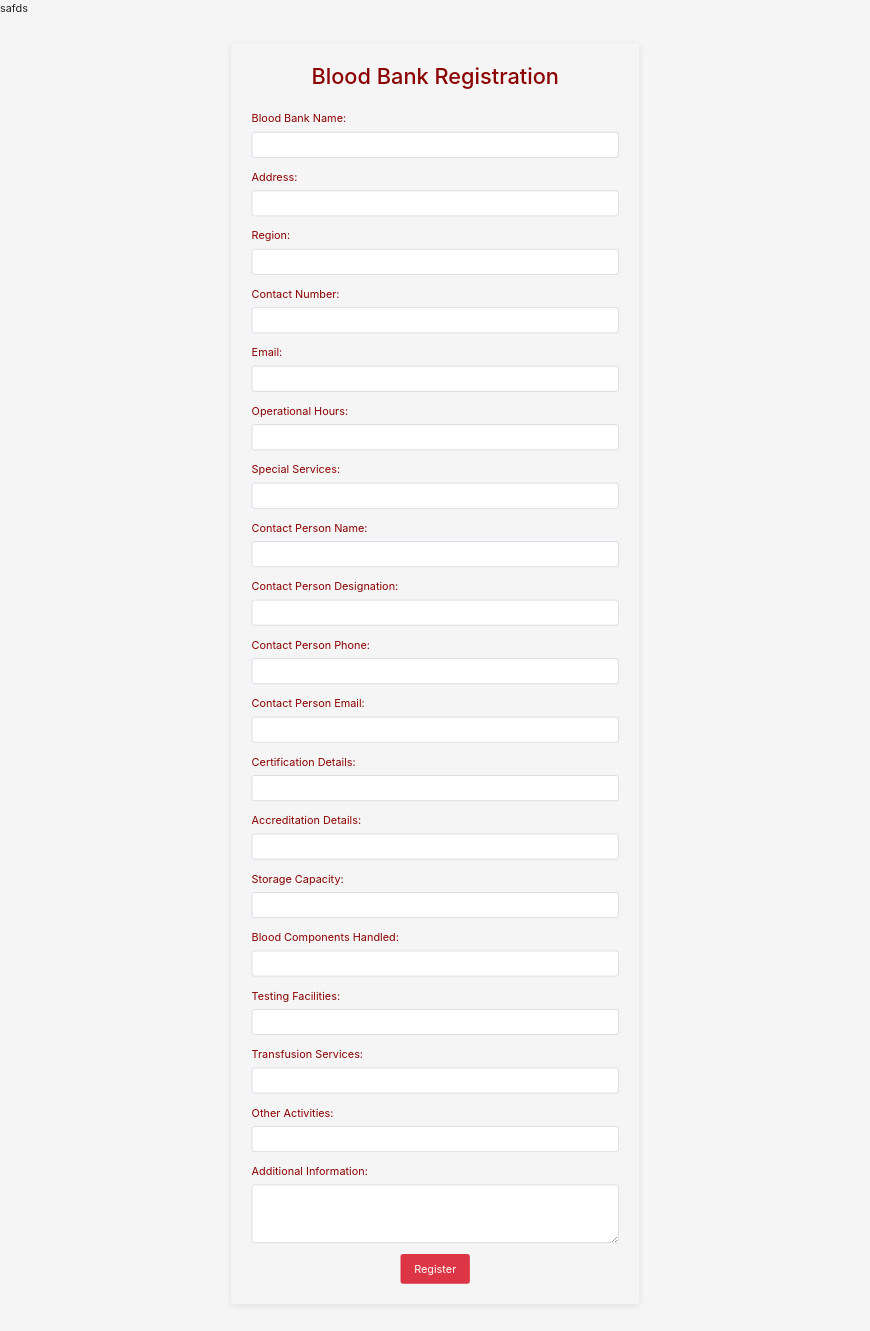
Repository: omi4535/Decentralized_Blood_Bank_System
Page: http://localhost/blood_bank_system/registration.jsp
An editor plug-in stored every save of this project. The page is shown before and after the next save, followed by the edit.
The browser window is 1280 px wide. The pictures show the whole page, at 68% of full size.
Some web libraries are served in a nearby version. The page is served by Tomcat 9.

Above is the page before, as saved 2023-07-03 09:58:32.

After the next save:
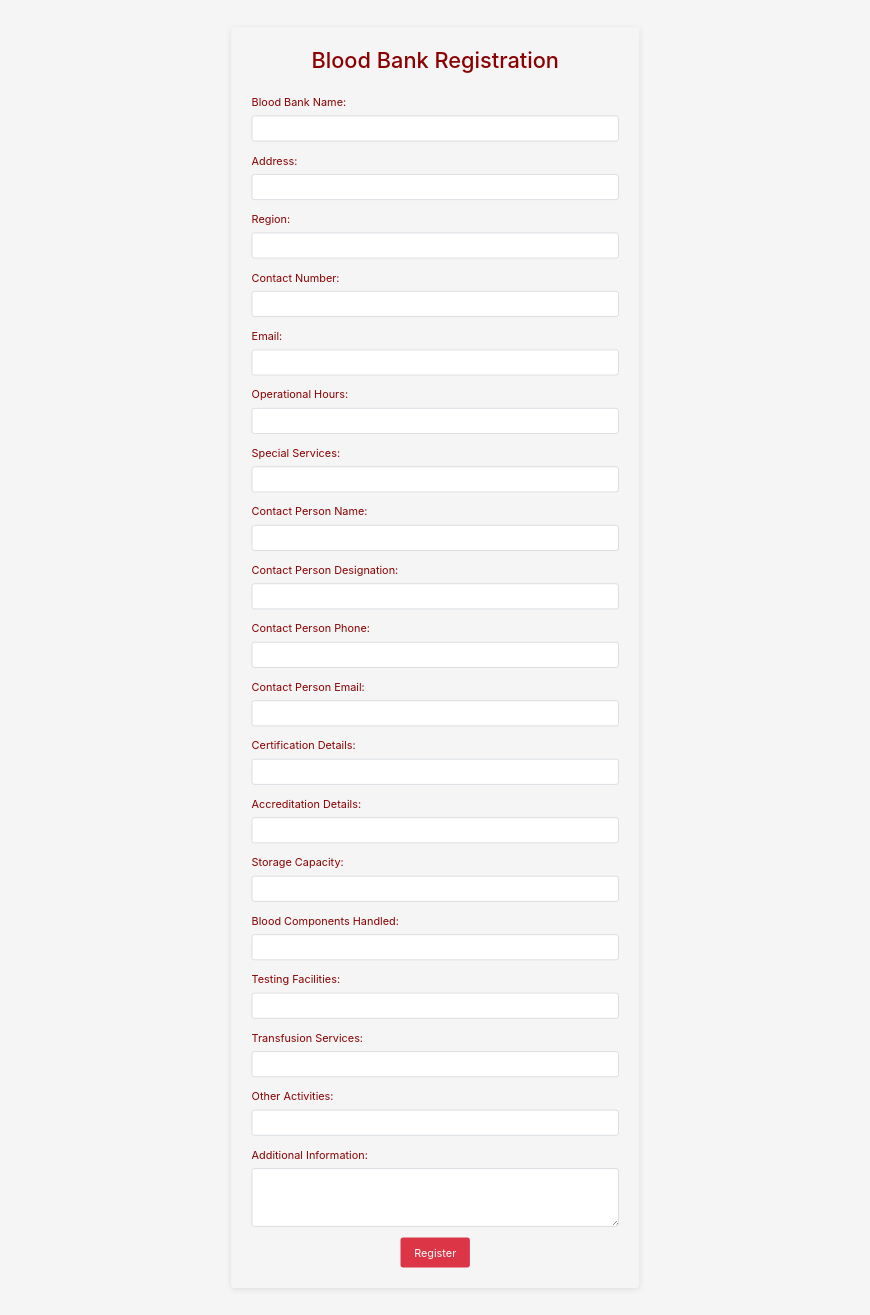
Saved 14 s later.
--- a/blood bank system/src/main/webapp/registration.jsp
+++ b/blood bank system/src/main/webapp/registration.jsp
@@ -48,7 +48,7 @@ h2 {
 </head>
 
 <body>
-<div>safds</div>
+
 	<div class="container">
 		<div class="form_regi">
 			<h2>Blood Bank Registration</h2>
